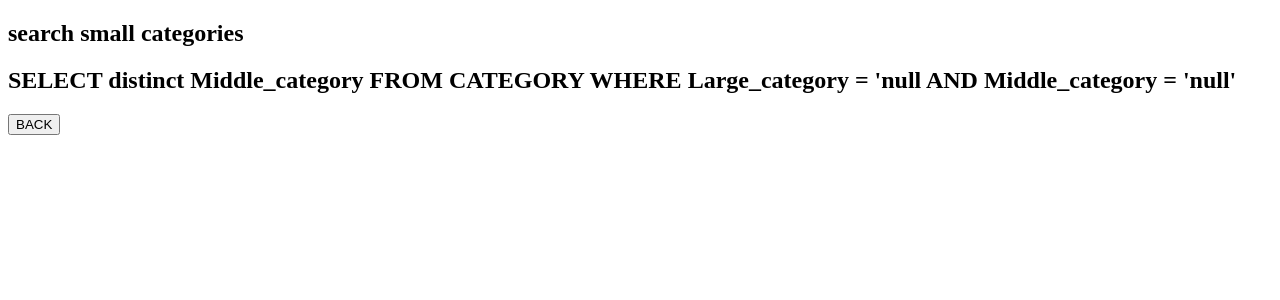
Repository: MIR013/KNU_DB_Project_Team5
Page: http://localhost/Databaase/search_category_small.jsp
The author's editor kept a copy of each file at every save. The page is drawn from the files as they stood at one save, then again after the next save.
The browser window is 1280 px wide. The pictures show the whole page.
The page is served by Tomcat 9. Queries for data that is not in the repository find no rows.

Above is the page before, as saved 2018-11-15 12:54:32.

### dbphase/Databaase/WebContent/search_category_small.jsp
<%@ page language="java" contentType="text/html; charset=UTF-8"
    pageEncoding="UTF-8"%>
<%@ page language="java" import="java.text.*,java.sql.*" %>
<!DOCTYPE html>
<html>
<head>
<meta charset="UTF-8">
<title>Insert title here</title>
</head>
<body>

<h2>search small categories</h2>
<%
String serverIP = "localhost";
String dbName = "phase2";
String portNum = "3306";
String url = "jdbc:mysql://" + serverIP + ":" + portNum + "/" + dbName;
String user = "knu";
String pass = "comp322";
Connection conn = null;

Class.forName("com.mysql.jdbc.Driver");
conn = DriverManager.getConnection(url,user,pass);
PreparedStatement pstmt;
ResultSet rs;
ResultSetMetaData rsmd;
int cnt;
String query;
conn.setAutoCommit(false);
%>
<%
	String lcat = request.getParameter("largecat");
	String mcat = request.getParameter("MiddleCat");
	query = "SELECT distinct Middle_category FROM CATEGORY WHERE Large_category = '" +lcat+" AND Middle_category = '"+ mcat + "'";
	out.print("<h2>"+query+"</h2>");
	/*
	pstmt = conn.prepareStatement(query);
	rs = pstmt.executeQuery();
	out.print("<form action = search_result.jsp method = 'POST'> <table>");

	//large check box
	out.print("	<tr> <td>Middle Category : <select name=\"SmallCat\">");
	while(rs.next()){
		out.print("<option value=\"");
		String cat = rs.getString(1);
		out.print(cat);
		out.print("\">"+cat+"</option>");

	}
	out.print("</select></td></td>");


	out.print("<input type=\"hidden\" name = \"largecat\" value = "+lcat+" />");
	out.print("<input type=\"hidden\" name = \"middlecat\" value = "+mcat+" />");

	out.print("<tr>	<td><input type=\"reset\" value=\"reset\"/> <input type=\"submit\" value=\"next\"/> </td> </tr>");
	out.print("</table></form>");
	*/
%>

<%
String nextpage = "<form action=\"main_page.html\" method=\"POST\">" +
			"<input type=\"submit\" value=\"BACK\"/>" +
			"</form>";
out.print(nextpage);
%>
</body>
</html>

After the next save:
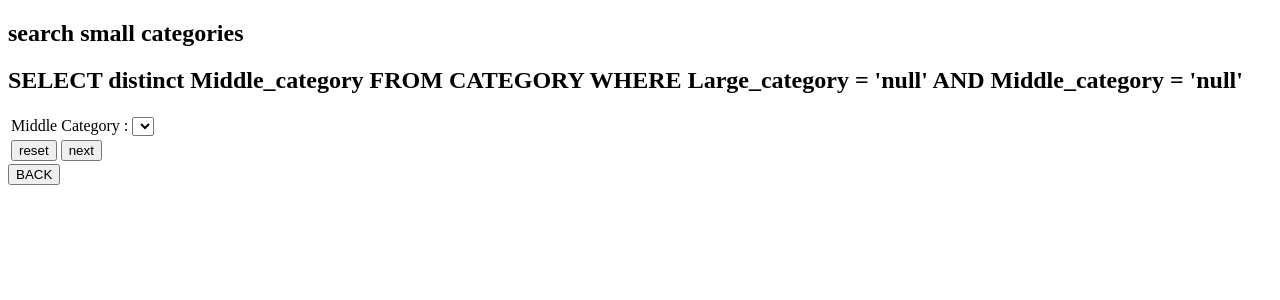
Saved 26 s later.
--- a/dbphase/Databaase/WebContent/search_category_small.jsp
+++ b/dbphase/Databaase/WebContent/search_category_small.jsp
@@ -31,9 +31,9 @@ conn.setAutoCommit(false);
 <%
 	String lcat = request.getParameter("largecat");
 	String mcat = request.getParameter("MiddleCat");
-	query = "SELECT distinct Middle_category FROM CATEGORY WHERE Large_category = '" +lcat+" AND Middle_category = '"+ mcat + "'";
+	query = "SELECT distinct Middle_category FROM CATEGORY WHERE Large_category = '" +lcat+"' AND Middle_category = '"+ mcat + "'";
 	out.print("<h2>"+query+"</h2>");
-	/*
+
 	pstmt = conn.prepareStatement(query);
 	rs = pstmt.executeQuery();
 	out.print("<form action = search_result.jsp method = 'POST'> <table>");
@@ -55,7 +55,7 @@ conn.setAutoCommit(false);
 
 	out.print("<tr>	<td><input type=\"reset\" value=\"reset\"/> <input type=\"submit\" value=\"next\"/> </td> </tr>");
 	out.print("</table></form>");
-	*/
+
 %>
 
 <%
